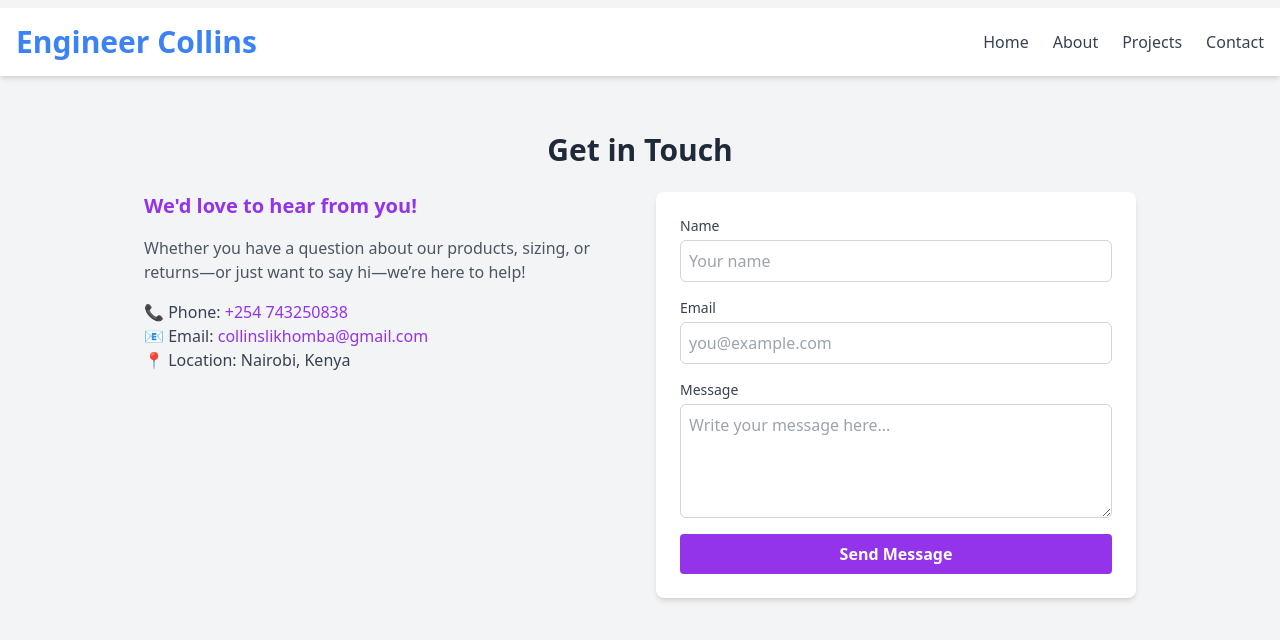
Repository: Engineer-collo/Portfolio
Page: /contact
An editor plug-in stored every save of this project. The page is shown before and after the next save, followed by the edit.
The browser window is 1280 px wide. The pictures show the whole page.
The project was rebuilt for these pictures with package versions that can differ from the ones it lists, and the page was loaded fresh each time. Also part of the build but not shown: vite.config.js, src/pages/Footer.jsx, src/pages/HomePage.jsx, src/pages/About.jsx, src/pages/Projects.jsx, src/pages/Blog.jsx, src/pages/Skills.jsx.

Above is the page before, as saved 2025-06-07 17:51:19.

After the next save:
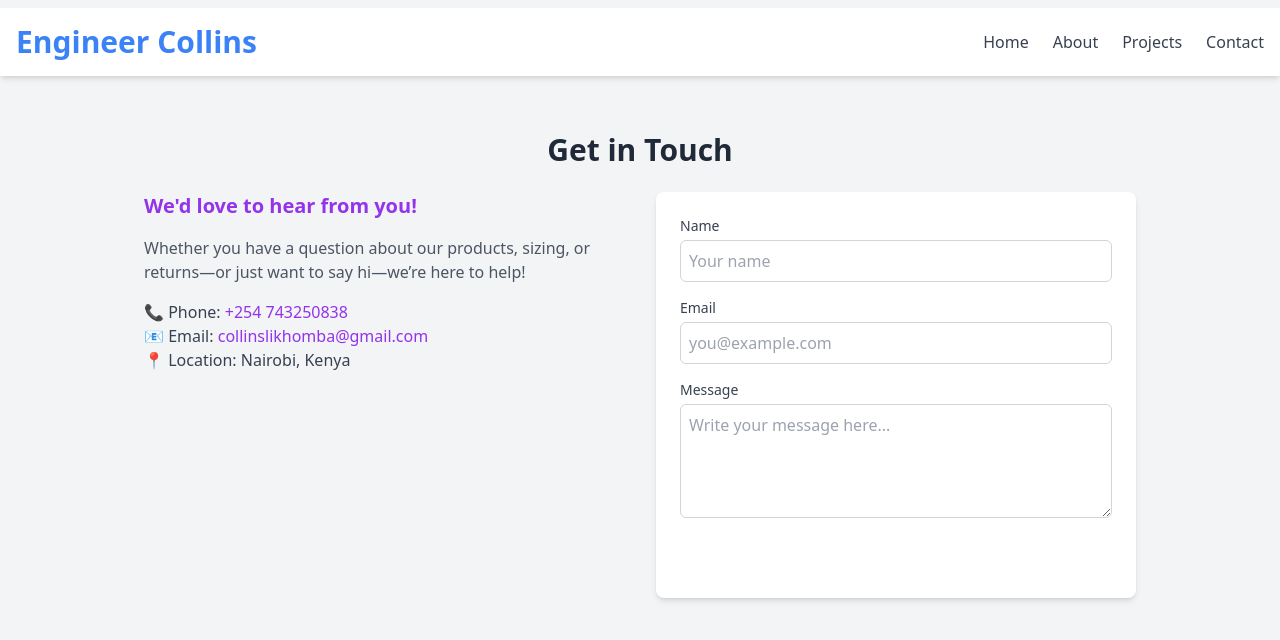
Saved 9 s later.
--- a/src/pages/Contact.jsx
+++ b/src/pages/Contact.jsx
@@ -84,7 +84,7 @@ const Contact = ({ showSuccessToast }) => {
 
           <button
             type="submit"
-            className="w-full bg-purple-600 hover:bg-purple-700 text-white font-semibold py-2 px-4 rounded"
+            className="w-full bg--600 hover:bg-purple-700 text-white font-semibold py-2 px-4 rounded"
           >
             Send Message
           </button>
